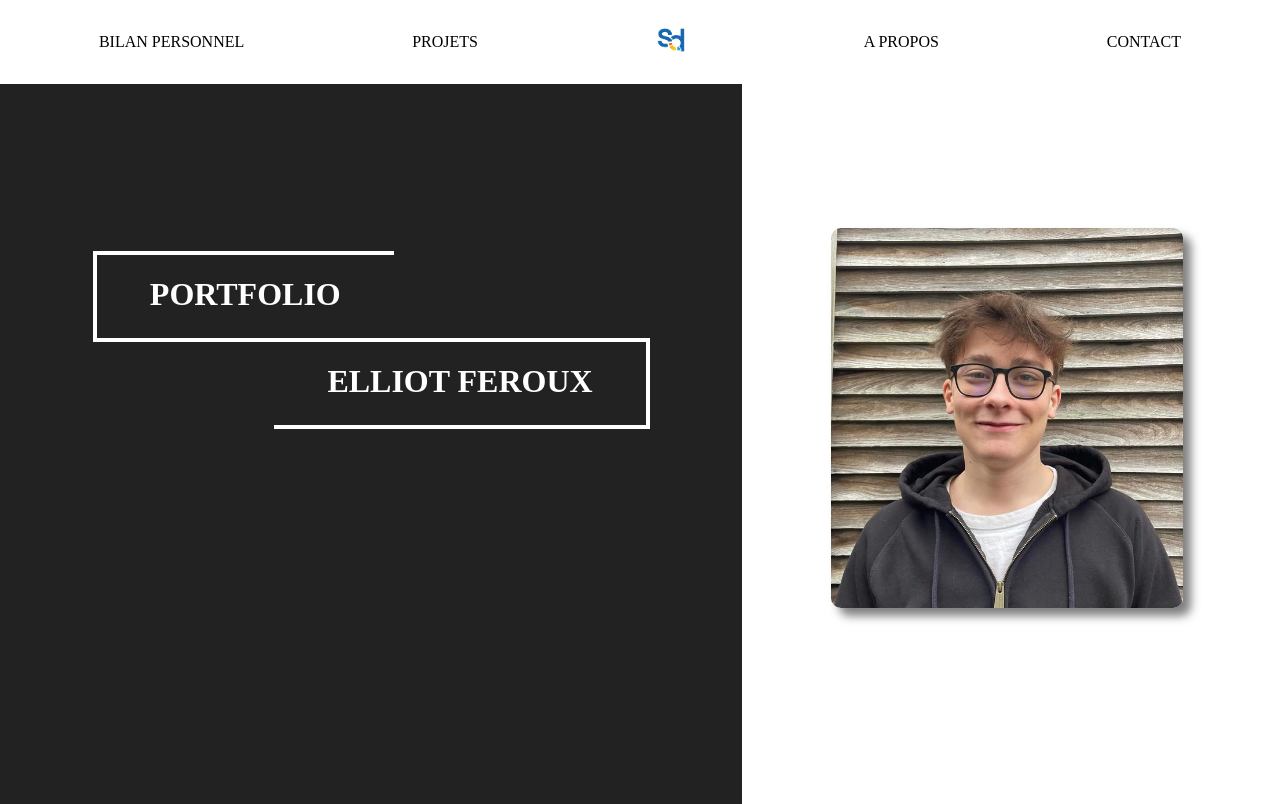
Repository: elliotfx/elliotfx.github.io
Page: html/main.html
An editor plug-in stored every save of this project. The page is shown before and after the next save, followed by the edit.
The browser window is 1280 px wide. The pictures show the whole page.

Above is the page before, as saved 2025-03-05 16:25:00.

After the next save:
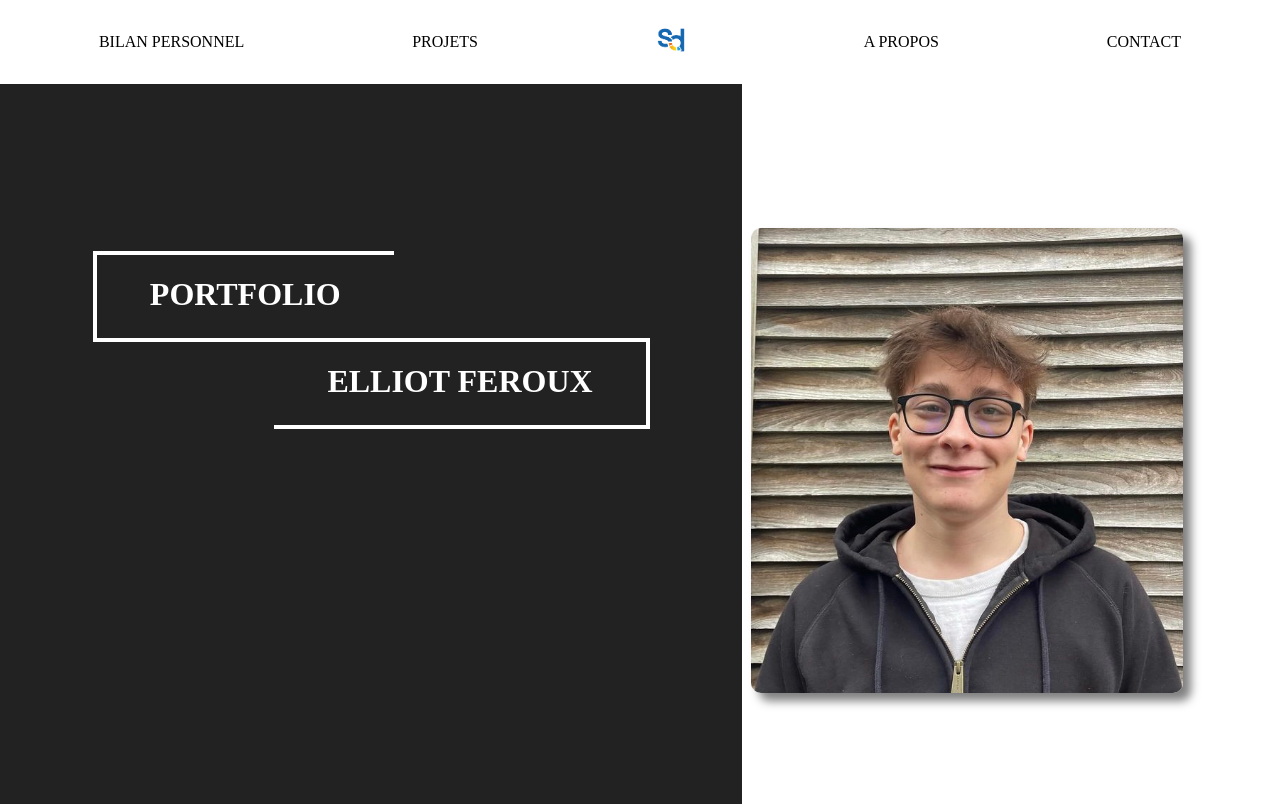
Saved 13 days later.
--- a/css/style.css
+++ b/css/style.css
@@ -42,7 +42,7 @@ body, html {
     float: right;
     border-radius: 10px;
     box-shadow: 8px 8px 10px 0 rgba(0, 0, 0, 0.5);
-    width: 80%;
+    width: 60vh;
 }
 
 .photo2 {
